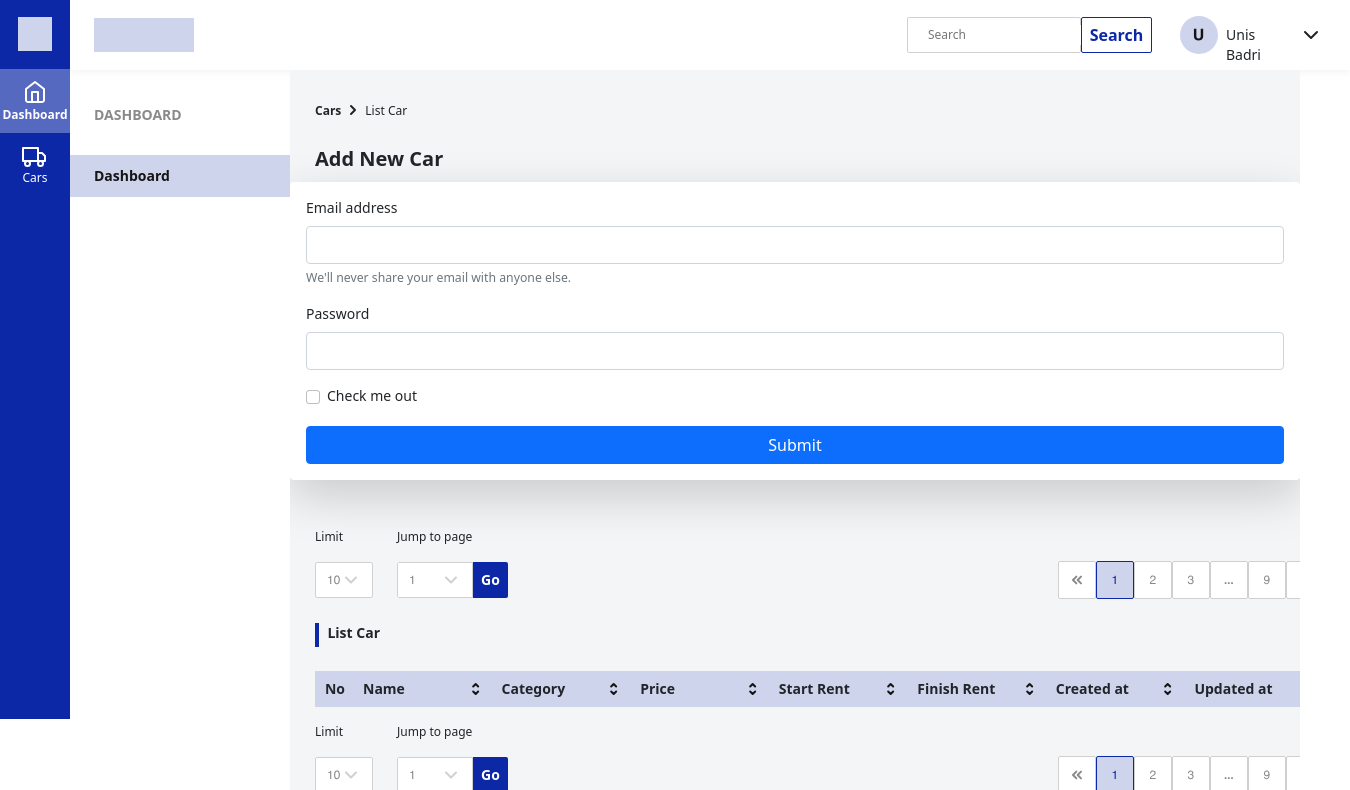
Repository: farrelmuhammad/challenge-7-binar
Page: /carlist/add
The author's editor kept a copy of each file at every save. The page is drawn from the files as they stood at one save, then again after the next save.
The browser window is 1280 px wide. The page is 1350 px wide, so the pictures cover 1350 px, including what lies to the right of the window. The pictures show the whole page.
The project was rebuilt for these pictures with package versions that can differ from the ones it lists, and the page was loaded fresh each time. Also part of the build but not shown: src/component/navbar.js, src/component/header.js, src/component/footer.js, src/App.js, src/component/admin/Dashboard/index.jsx, src/pages/admin/Dashboard.js, src/component/admin/Cars/index.jsx, src/pages/admin/CarsList.js and 2 more.

Above is the page before, as saved 2022-05-27 21:08:59.

After the next save:
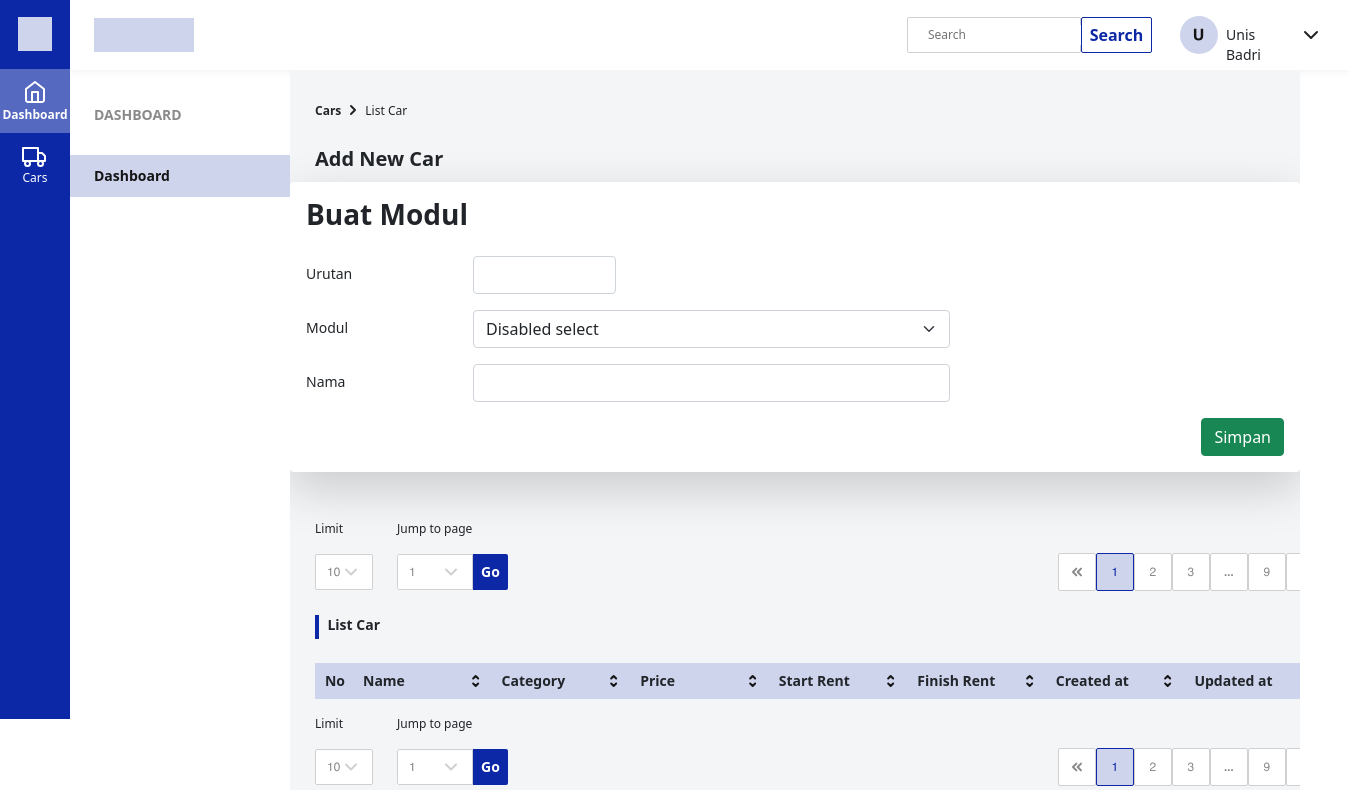
Saved 28 s later.
--- a/src/component/admin/Cars/add/index.jsx
+++ b/src/component/admin/Cars/add/index.jsx
@@ -15,22 +15,34 @@ export const AddCar = () => {
 
 
 
-                <form className="container-list shadow-lg p-3 mb-5 bg-body rounded d-flex flex-column">
-                    <div class="mb-3">
-                        <label for="exampleInputEmail1" class="form-label">Email address</label>
-                        <input type="email" class="form-control" id="exampleInputEmail1" aria-describedby="emailHelp"/>
-                        <div id="emailHelp" class="form-text">We'll never share your email with anyone else.</div>
+                <form className="form-input shadow-lg p-3 mb-5 bg-body rounded">
+            <div className="text-title text-start mb-4">
+                <h3 className="title fw-bold">Buat Modul</h3>
+            </div>
+                <div className="row mb-3">
+                    <label for="inputKode3" className="col-sm-2 col-form-label">Urutan</label>
+                    <div className="col-sm-2">
+                    <input type="kode" className="form-control" id="inputKode3"/>
                     </div>
-                    <div class="mb-3">
-                        <label for="exampleInputPassword1" class="form-label">Password</label>
-                        <input type="password" class="form-control" id="exampleInputPassword1"/>
+                </div>
+                <div className="row mb-3">
+                    <label for="inputNama3" className="col-sm-2 col-form-label">Modul</label>
+                    <div className="col-sm-6">
+                        <select id="disabledSelect" className="form-select">
+                            <option>Disabled select</option>
+                        </select>
                     </div>
-                    <div class="mb-3 form-check">
-                        <input type="checkbox" class="form-check-input" id="exampleCheck1"/>
-                        <label class="form-check-label" for="exampleCheck1">Check me out</label>
+                </div>
+                <div className="row mb-3">
+                    <label for="inputPassword3" className="col-sm-2 col-form-label">Nama</label>
+                    <div className="col-sm-6">
+                    <input type="kode" className="form-control" id="inputKode3"/>
                     </div>
-                    <button type="submit" class="btn btn-primary">Submit</button>
-                </form>
+                </div>
+                <div className="d-grid gap-2 d-md-flex justify-content-md-end">
+                    <button className="btn btn-success" type="button">Simpan</button>
+                </div>
+            </form>
 
                 {/* table navigation */}
                 <div className="table-nav">
